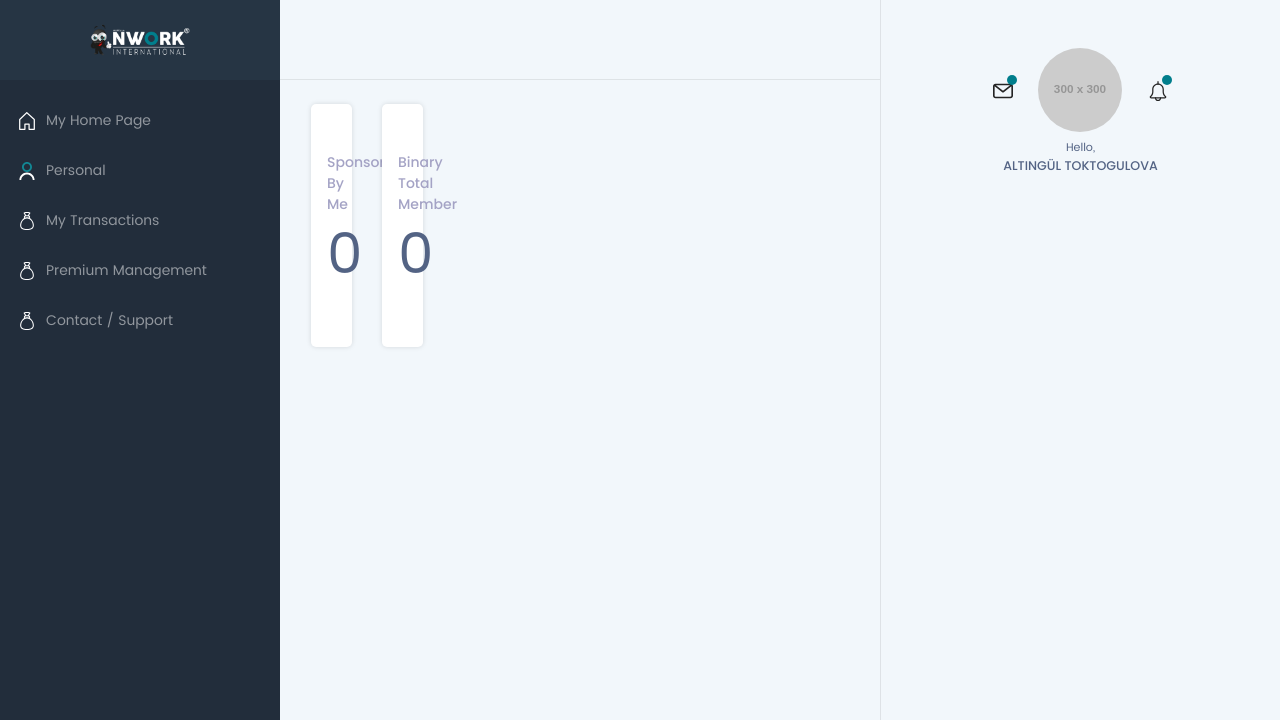
Repository: KayahanKahriman/nwork-admin
Page: index.html
The author's editor kept a copy of each file at every save. The page is drawn from the files as they stood at one save, then again after the next save.
The browser window is 1280 px wide. The pictures show the whole page.
Some web fonts or font styles are not loaded; a fallback is used. The style sheet was rebuilt from its Sass, Less or Tailwind sources for each picture, by a compiler version that may differ from the author's.

Above is the page before, as saved 2021-06-09 17:33:36.

After the next save:
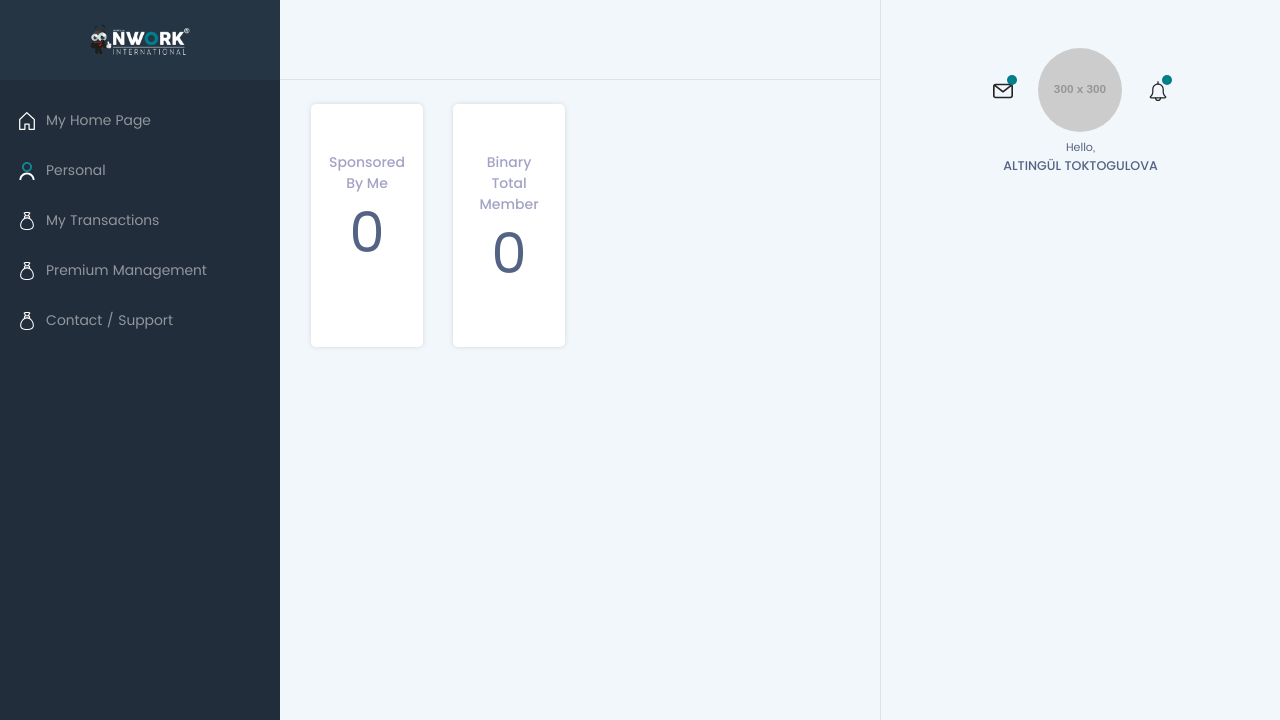
Saved 4 s later.
--- a/index.html
+++ b/index.html
@@ -97,13 +97,13 @@
             <div class="row">
                 <div class="col-6">
                     <div class="row">
-                        <div class="col-3 mb-4">
+                        <div class="col-6 mb-4">
                             <div class="white-box shadow-box py-5 px-3 text-center">
                                 <strong class="box-title">Sponsored By Me</strong>
                                 <div class="jumbo-text">0</div>
                             </div>
                         </div>
-                        <div class="col-3 mb-4">
+                        <div class="col-6 mb-4">
                             <div class="white-box shadow-box py-5 px-3 text-center">
                                 <strong class="box-title">binary total member</strong>
                                 <div class="jumbo-text">0</div>
